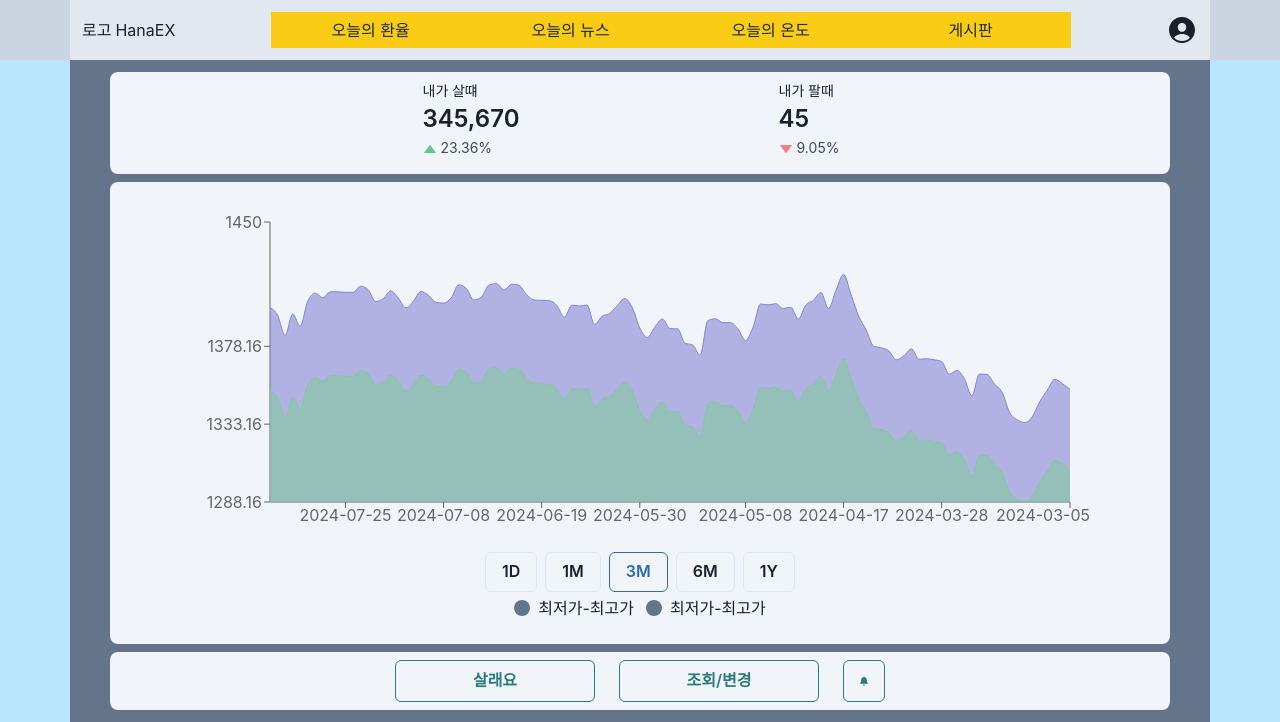
Repository: HANAEX/FRONT
Page: /MainPageDetail
An editor plug-in stored every save of this project. The page is shown before and after the next save, followed by the edit.
The browser window is 1280 px wide. The pictures show the whole page.
The project was rebuilt for these pictures with package versions that can differ from the ones it lists, and the page was loaded fresh each time. Also part of the build but not shown: src/components/ChartCard.js, src/components/FlowText.js, src/pages/MainPage.js, src/pages/LoginPage.js, src/pages/MyPage.js, src/data/Server_Url.js, src/components/Toggle.js, src/components/SementicCard.js and 8 more.

Above is the page before, as saved 2024-08-14 10:18:48.

After the next save:
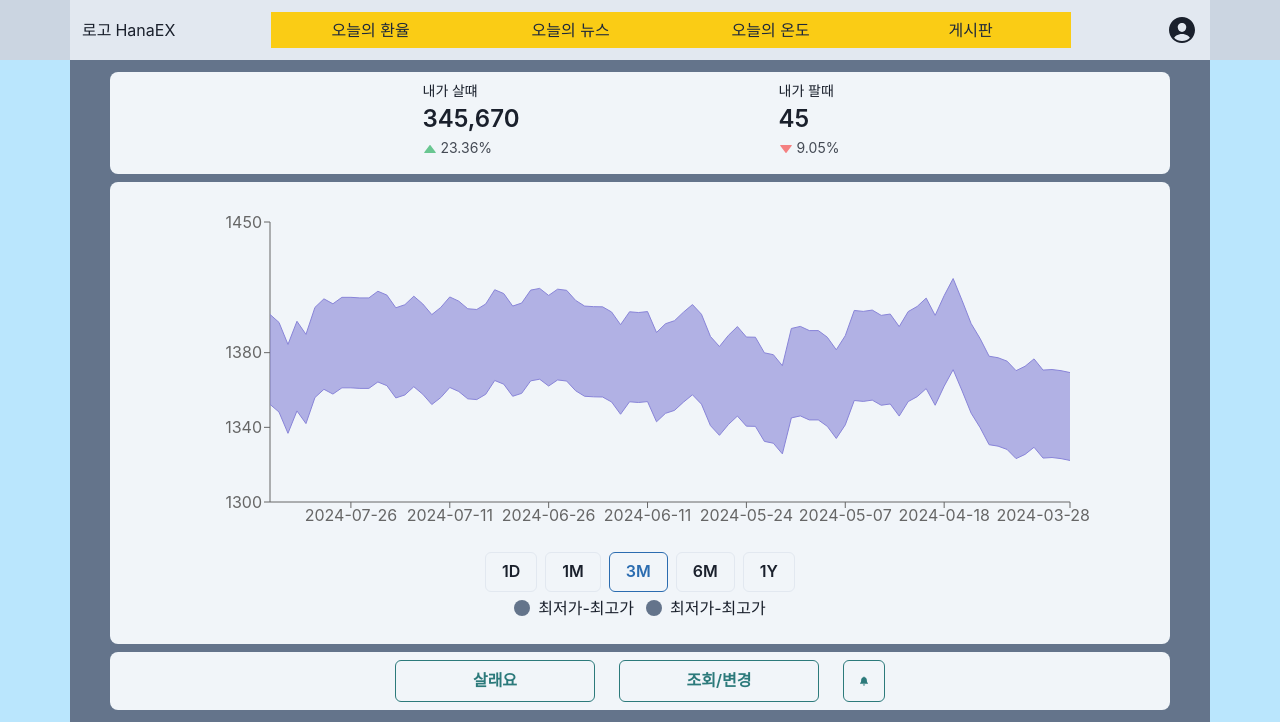
Saved 68 s later.
--- a/src/components/MainChart.js
+++ b/src/components/MainChart.js
@@ -897,7 +897,7 @@
     <div>
       <div>
         {console.log(rangeData)}
-        {/* <AreaChart
+        <AreaChart
           width={900}
           height={350}
           data={filtered_rangeData}
@@ -909,40 +909,6 @@
           <YAxis domain={[1300, 1450]}/>
           <Area dataKey="price" stroke="#8884d8" fill="#8884d8" />
           <Tooltip />
-        </AreaChart> */}
-        {/* <AreaChart
-          width={900}
-          height={350}
-          data={filtered_rangeData}
-          margin={{
-            top: 20, right: 20, bottom: 20, left: 20,
-          }}
-        >
-          <XAxis dataKey="day" />
-          <YAxis domain={[1300, 1450]} />
-
-          <Area dataKey="price" stroke="#8884d8" fill="#8884d8" />
-          <Line type="monotone" dataKey="baserate" stroke="#ff7300" dot={true} activeDot={{ r: 8 }} />
-          <Tooltip />
-        </AreaChart> */}
-        <AreaChart
-          width={900}
-          height={350}
-          data={processedData}
-          margin={{
-            top: 20, right: 20, bottom: 20, left: 20,
-          }}
-        >
-          <XAxis dataKey="day" />
-          <YAxis domain={[1300, 1450]} />
-          <Tooltip />
-
-          {/* 개별 가격 데이터를 사용하여 AreaChart 생성 */}
-          <Area type="monotone" dataKey="priceHigh" stroke="#8884d8" fill="#8884d8" name="High Price" />
-          <Area type="monotone" dataKey="priceLow" stroke="#82ca9d" fill="#82ca9d" name="Low Price" />
-
-          {/* baserate 데이터를 사용하여 LineChart 추가 */}
-          <Line type="monotone" dataKey="baserate" stroke="#ff7300" dot={true} activeDot={{ r: 8 }} name="Base Rate" />
         </AreaChart>
       </div>
       <div className='w-full flex justify-center items-center'>
